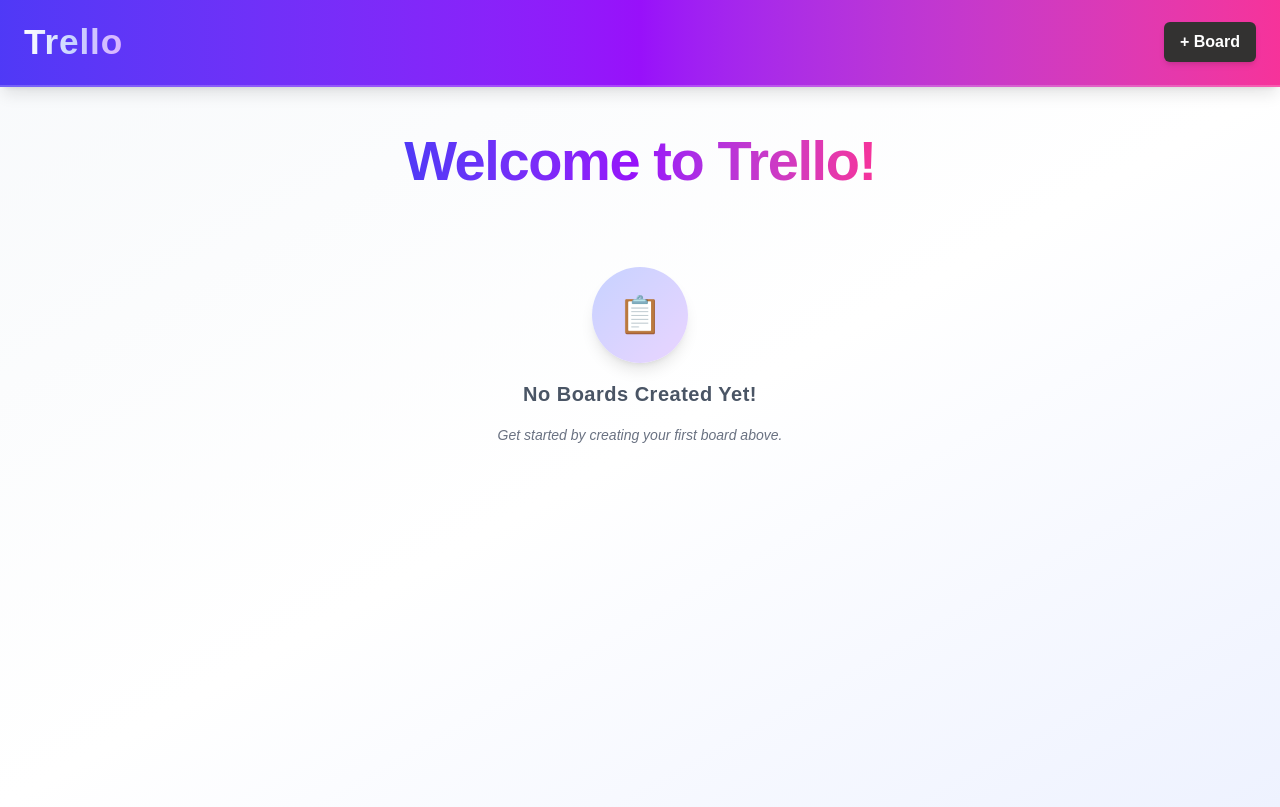
Repository: rimsha-shoukat/trello-app
Page: /
The author's editor kept a copy of each file at every save. The page is drawn from the files as they stood at one save, then again after the next save.
The browser window is 1280 px wide. The pictures show the whole page.
The project was rebuilt for these pictures with package versions that can differ from the ones it lists, and the page was loaded fresh each time. The framework's server and built-in components were replaced by stand-ins that run in the browser. Also part of the build but not shown: next.config.mjs, src/components/boxDialogBox.jsx.

Above is the page before, as saved 2025-09-23 19:48:49.

### src/app/layout.jsx
import "./globals.css";

export const metadata = {
  title: "Trello App",
  description: "User workspace to manage different task",
};

export default function RootLayout({ children }) {

  return (
    <html lang="en">
      <body>
          {children}
      </body>
    </html>
  );
}

### src/app/page.jsx
'use client';
import dynamic from 'next/dynamic';
import { useState, useEffect } from 'react';
import MainHeader from '@/components/mainHeader';
import BoxArea from '@/components/boxArea';
const BoxDialogBox = dynamic(() => import('@/components/boxDialogBox'), { loading: () => <p>Loading...</p>, ssr: false });

export default function Home() {
  const [boardBox, setBoardBox] = useState(false);
  const [boardList, setBoardList] = useState([]);
  const [greeting, setGreeting] = useState(true);

  useEffect(() => {
    const storedBoards = localStorage.getItem('boards') || '[]';
    setBoardList(JSON.parse(storedBoards));
  }, []);

  useEffect(() => {
    const timer = setTimeout(() => {
      setGreeting(false);
    }, 9000);
    return () => {
      clearTimeout(timer);
    }
  }, []);

  return (
    <>
      <section className="w-[100%] flex flex-row justify-between items-center bg-gradient-to-r from-indigo-600 via-purple-600 to-pink-500 py-[1rem] px-6 shadow-lg select-none backdrop-blur-sm border-b-2 border-white/20" >
        <MainHeader boardBox={boardBox} setBoardBox={setBoardBox} />
        <BoxDialogBox boardBox={boardBox} setBoardBox={setBoardBox} boardList={boardList} setBoardList={setBoardList} />
      </section>
      <BoxArea boardList={boardList} setBoardList={setBoardList} greeting={greeting} />
    </>
  );
}

### src/app/globals.css
@import "tailwindcss";

body{
    display: flex;
    justify-content: center;
    align-items: center;
    flex-direction: column;
    margin: 0;
    padding: 0;
    box-sizing: border-box;
    font-family: sans-serif;
    width: 100%;
    height: 100%;
    background-color: #e8e6e8;
    overflow-x: hidden;
    overflow-y: auto;
    color: white;
}

### src/components/mainHeader.jsx
'use client';

export default function mainHeader({boardBox, setBoardBox}){
    return(
        <>
            <h1 className="text-transparent bg-clip-text bg-gradient-to-r from-white via-indigo-200 to-purple-300 text-[2.2rem] font-bold cursor-pointer tracking-wide">Trello</h1>
                <div className="flex flex-row gap-4">
                <button
                    onClick={() => setBoardBox(!boardBox)}
                    className="py-2 px-4 bg-[#333231] hover:shadow-sm hover:scale-105 hover:shadow-gray-300 rounded-md cursor-pointer font-semibold text-white shadow-md transition-all duration-300"
                >
                    + Board
                </button>
            </div>
        </>
    )
}

### src/components/boxArea.jsx
import dynamic from 'next/dynamic';
const BoxList = dynamic(() => import('./boxList'), { ssr: false });

export default function BoxArea({ boardList, setBoardList, greeting }) {
  return (
    <section className="select-none text-gray-800 w-[100%] h-[100vh] flex flex-col items-center justify-start bg-gradient-to-br from-slate-50 via-white to-indigo-50 pt-8 pb-12 overflow-hidden">
      <h1
        className={`
          ${greeting ? 'block opacity-100 translate-y-0' : 'hidden opacity-0 translate-y-4'}
          font-bold text-[3.5rem] text-transparent bg-clip-text bg-gradient-to-r from-indigo-600 via-purple-600 to-pink-500
          mx-auto text-center tracking-tight transition-all duration-700 ease-out
        `}
      >
        Welcome to Trello!
      </h1>
      {boardList && Array.isArray(boardList) && boardList.length === 0 ? (
        <div className="flex flex-col items-center justify-center mt-16 gap-4">
          <div className="w-24 h-24 bg-gradient-to-br from-indigo-200 to-purple-200 rounded-full flex items-center justify-center shadow-lg">
            <span className="text-4xl text-indigo-600">📋</span>
          </div>
          <p className="font-bold text-[1.25rem] text-gray-600 tracking-wide">No Boards Created Yet!</p>
          <p className="text-gray-500 text-sm italic">Get started by creating your first board above.</p>
        </div>
      ) : (
        <section
          style={{
            scrollbarWidth: 'none',
            msOverflowStyle: 'none',
          }}
          className="mt-8 w-[100%] h-auto grid grid-flow-col grid-rows-2 gap-8 items-start justify-start overflow-x-auto overflow-y-hidden px-[2.5rem] pb-4 custom-scrollbar"
        >
          <BoxList boardList={boardList} setBoardList={setBoardList} />
        </section>
      )}
    </section>
  )
}

After the next save:
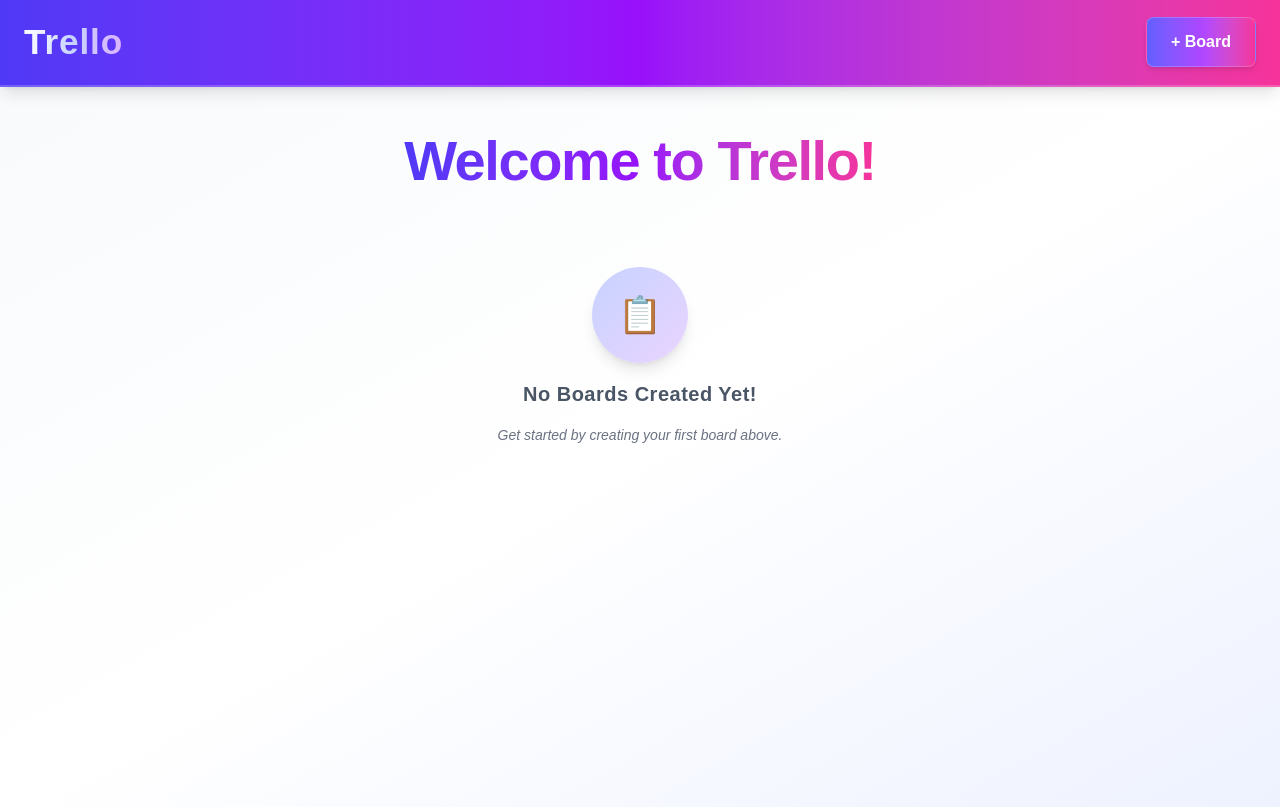
Saved 53 s later.
--- a/src/components/mainHeader.jsx
+++ b/src/components/mainHeader.jsx
@@ -7,7 +7,7 @@
                 <div className="flex flex-row gap-4">
                 <button
                     onClick={() => setBoardBox(!boardBox)}
-                    className="py-2 px-4 bg-[#333231] hover:shadow-sm hover:scale-105 hover:shadow-gray-300 rounded-md cursor-pointer font-semibold text-white shadow-md transition-all duration-300"
+                    className="py-3 px-6 hover:shadow-lg hover:scale-105 hover:shadow-indigo-500/50 shadow-md bg-gradient-to-r from-indigo-500 via-purple-500 to-pink-500 rounded-lg cursor-pointer font-semibold text-white border border-white/20 backdrop-blur-sm transition-all duration-200 hover:from-indigo-600 hover:via-purple-600 hover:to-pink-600"
                 >
                     + Board
                 </button>
